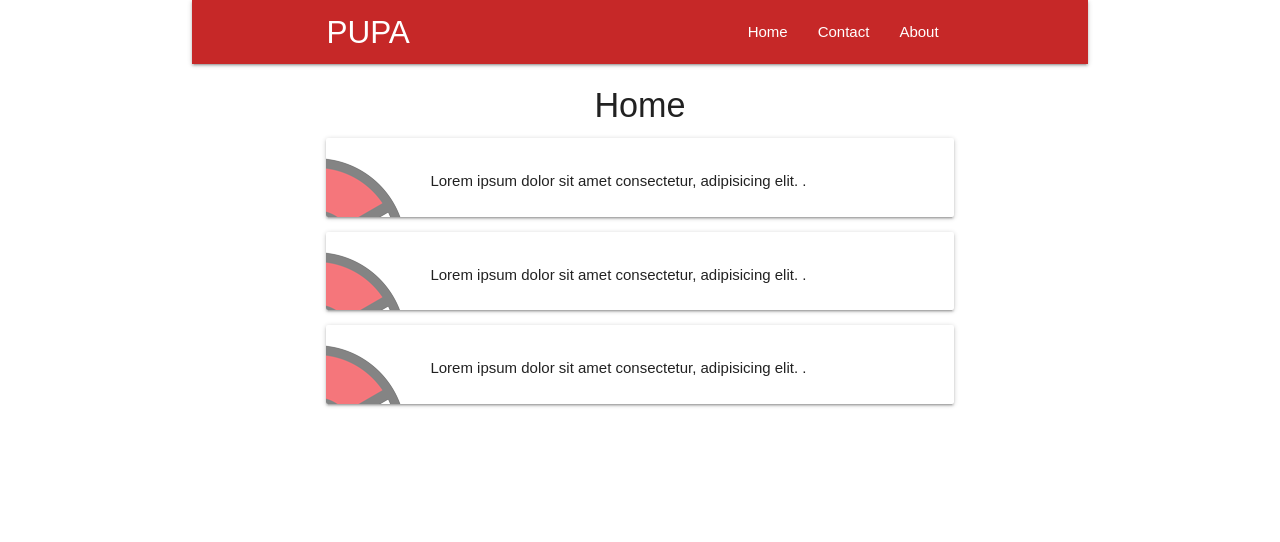
Repository: Carboplatin/React-Redux_Playground
Page: /
The author's editor kept a copy of each file at every save. The page is drawn from the files as they stood at one save, then again after the next save.
The browser window is 1280 px wide. The pictures show the whole page.
The project was rebuilt for these pictures with package versions that can differ from the ones it lists, and the page was loaded fresh each time. Also part of the build but not shown: src/hoc/Rainbow.js, src/components/About.js, src/components/Contact.js, src/components/Post.js.

Above is the page before, as saved 2019-09-10 21:43:19.

After the next save:
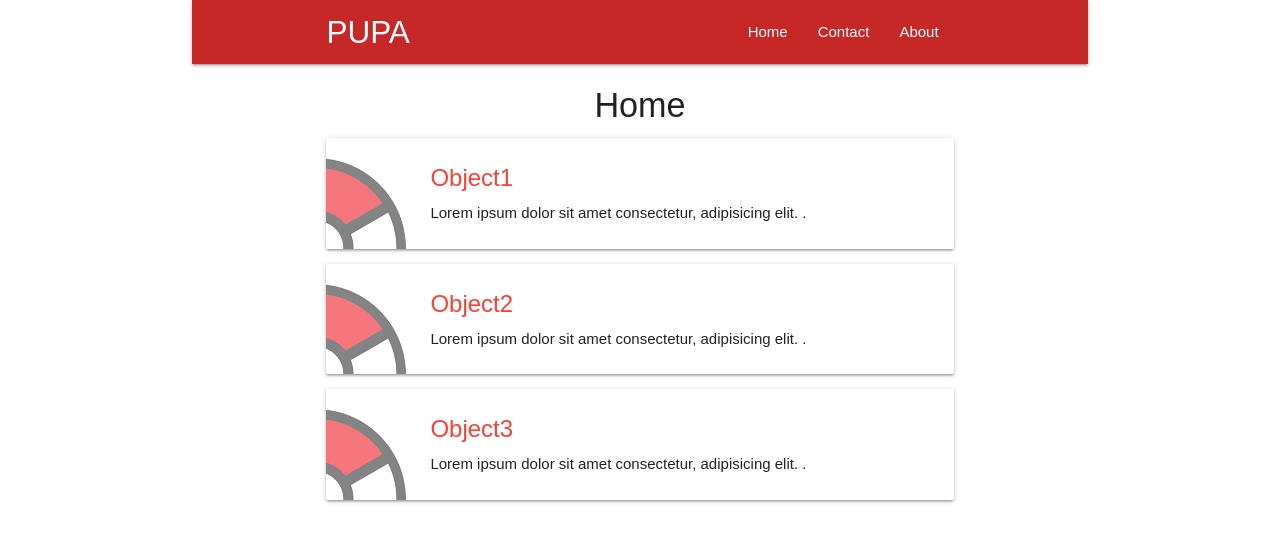
Saved 38 s later.
--- a/src/reducers/rootReducer.js
+++ b/src/reducers/rootReducer.js
@@ -1,8 +1,8 @@
 const initState = {
   posts: [
-    {id: '1', tile: 'Object1', body: 'Lorem ipsum dolor sit amet consectetur, adipisicing elit. .'},
-    {id: '2', tile: 'Object2', body: 'Lorem ipsum dolor sit amet consectetur, adipisicing elit. .'},
-    {id: '3', tile: 'Object3', body: 'Lorem ipsum dolor sit amet consectetur, adipisicing elit. .'},
+    {id: '1', title: 'Object1', body: 'Lorem ipsum dolor sit amet consectetur, adipisicing elit. .'},
+    {id: '2', title: 'Object2', body: 'Lorem ipsum dolor sit amet consectetur, adipisicing elit. .'},
+    {id: '3', title: 'Object3', body: 'Lorem ipsum dolor sit amet consectetur, adipisicing elit. .'},
   ]
 }
 
